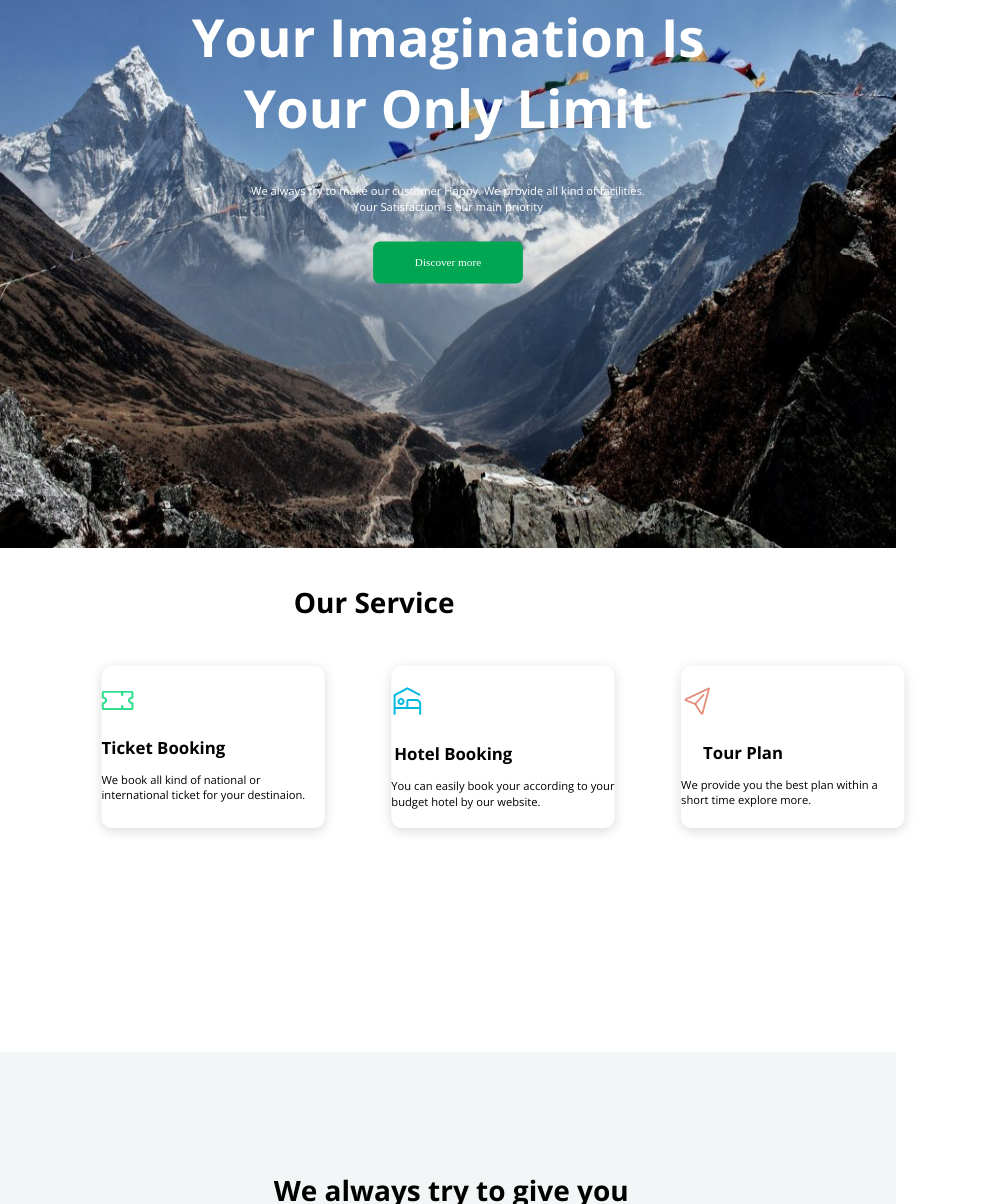
Repository: kubrazamanova/Background-Image
Page: index.html
The author's editor kept a copy of each file at every save. The page is drawn from the files as they stood at one save, then again after the next save.
The browser window is 1280 px wide. The page is 1417 px wide, so the pictures cover 1417 px, including what lies to the right of the window. The pictures show the part of the page from y = 380 to 2100 px (the page is 2743 px tall), at 70% of full size.

Above is the page before, as saved 2023-10-17 18:45:58.

After the next save:
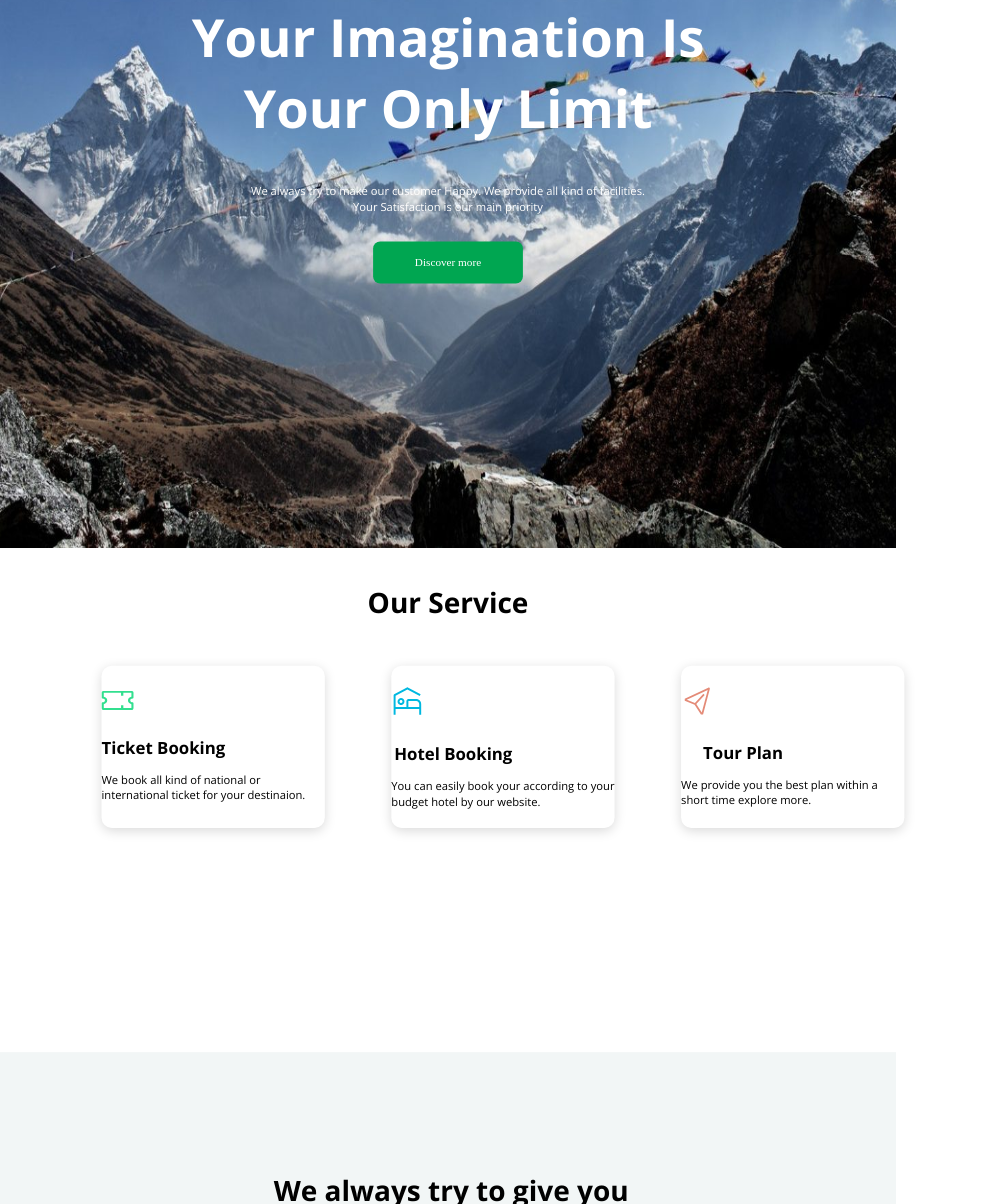
Saved 7 s later.
--- a/index.css
+++ b/index.css
@@ -54,7 +54,7 @@ main {
   align-items: center;
 }
 
- h1 {
+  .home-page h1 {
   width: 779px;
   color: #fff;
   text-align: center;
